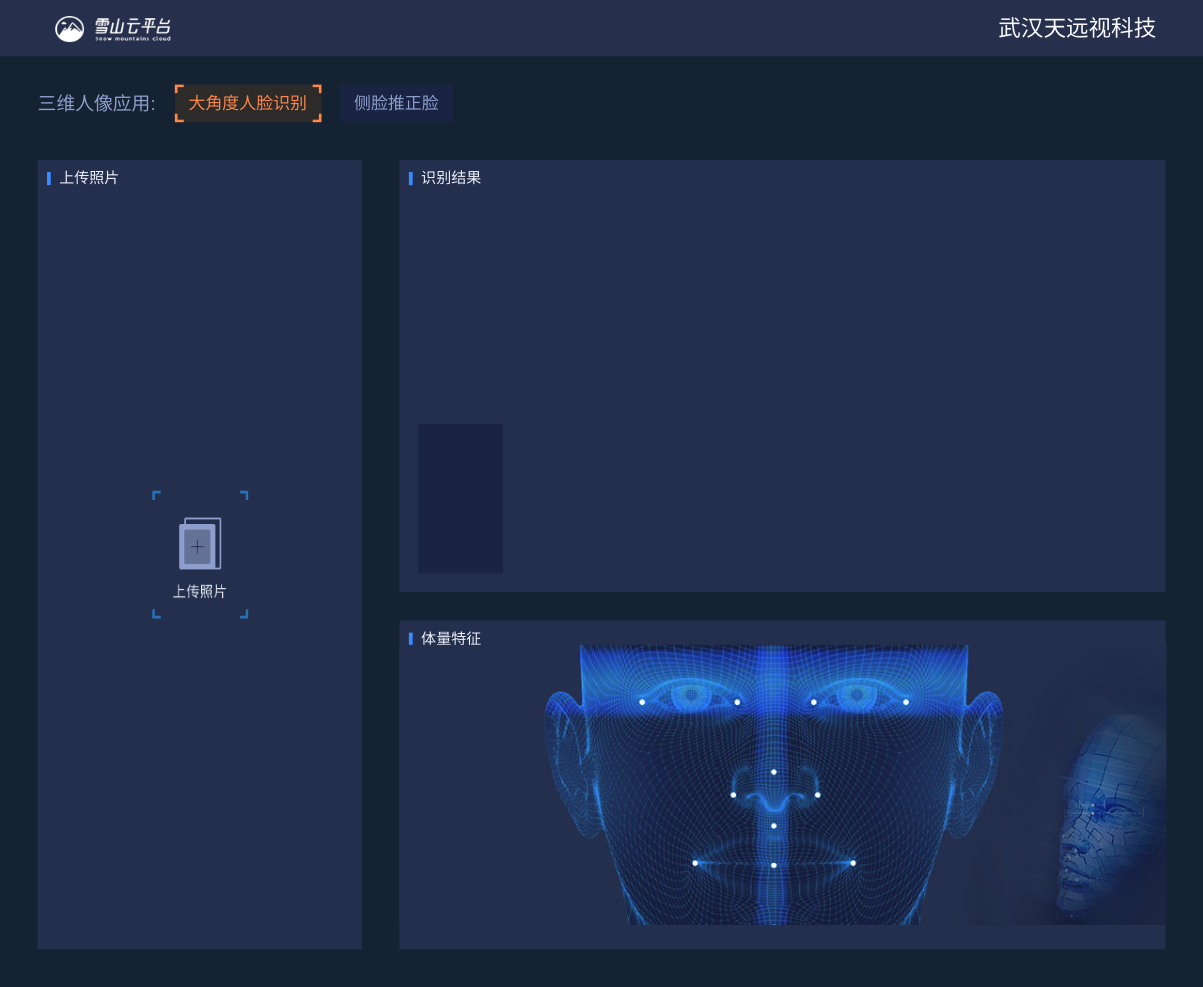
Repository: fyt2020/pubilcDemlo
Page: /
The author's editor kept a copy of each file at every save. The page is drawn from the files as they stood at one save, then again after the next save.
The browser window is 1280 px wide. The pictures show the whole page, at 94% of full size.
Pictures or frames that could not be fetched are drawn as grey boxes. The project was rebuilt for these pictures with package versions that can differ from the ones it lists, and the page was loaded fresh each time.

Above is the page before, as saved 2020-04-28 13:38:52.

After the next save:
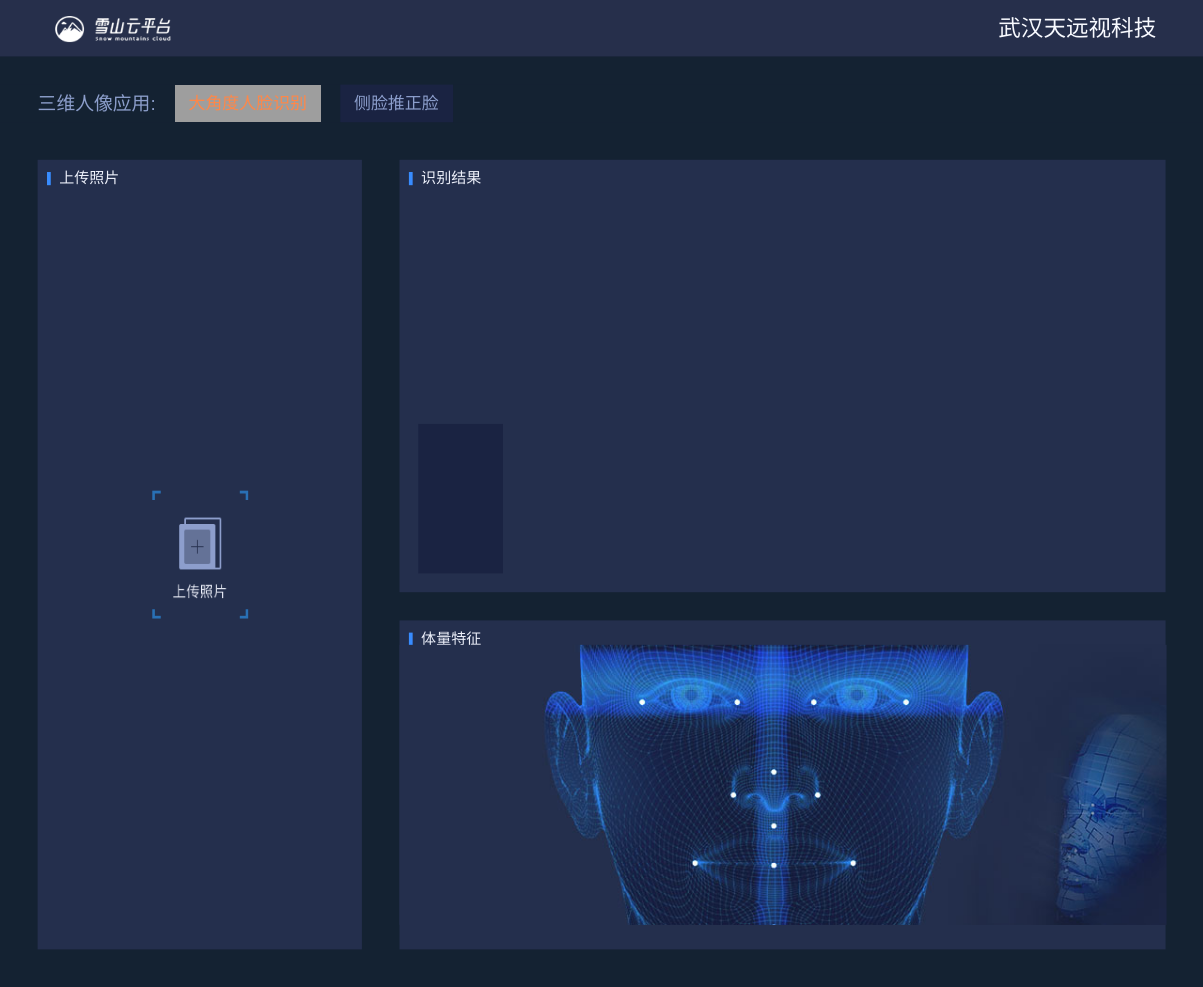
Saved 8 s later.
--- a/src/assets/css/func.scss
+++ b/src/assets/css/func.scss
@@ -7,4 +7,4 @@
 //     @return ($px / $base-font-size) * 1rem;
 // }
 
-$img:"../../assets/img";
+$img:"/assets/img";
